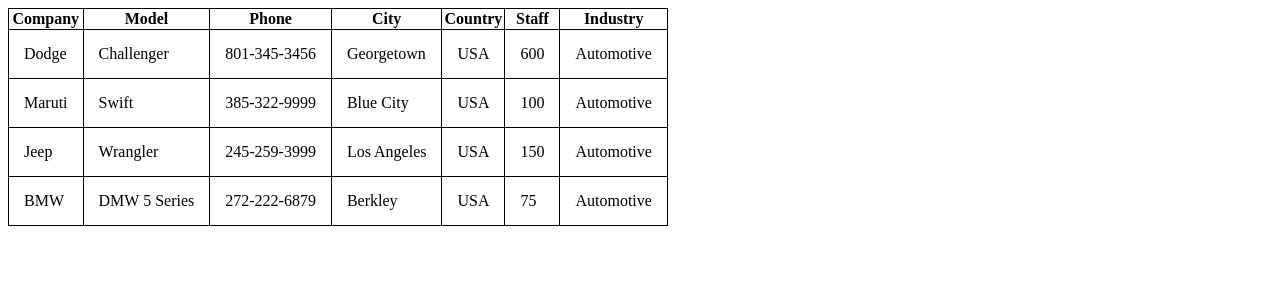
Repository: vgoins-RA2022/HTML-2
Page: index.html
An editor plug-in stored every save of this project. The page is shown before and after a run of saves, followed by the edit.
The browser window is 1280 px wide. The pictures show the whole page.

Above is the page before, as saved 2023-01-21 22:32:57.

### index.html
<!DOCTYPE html>
<html lang="en">

<head>
  <meta charset="UTF-8">
  <meta name="viewport" content="width=device-width, initial-scale=1">
  <link rel="stylesheet" href="../HTML-2/src/css/Style.css" type="text/css">
  <title>HTML Table Assignment 2</title>
</head>

<body>
  <!-- Build Table -->
  <table>
    <thead>
      <tr>
        <!-- Name colomn headings -->
        <th>Company</th>
        <th>Model</th>
        <th>Phone</th>
        <th>City</th>
        <th>Country</th>
        <th>Staff</th>
        <th>Industry</th>
      </tr>
    </thead>
    <tbody>
      <tr>
        <!--Beginning table data  -->
        <td class="table-cell-padding">Dodge</td>
        <td class="table-cell-padding">Challenger</td>
        <td class="table-cell-padding">801-345-3456</td>
        <td class="table-cell-padding">Georgetown</td>
        <td class="table-cell-padding">USA</td>
        <td class="table-cell-padding">600</td>
        <td class="table-cell-padding">Automotive</td>
      </tr>
       <tr>
        <td class="table-cell-padding">Maruti</td>
        <td class="table-cell-padding">Swift</td>
        <td class="table-cell-padding">385-322-9999</td>
        <td class="table-cell-padding">Blue City</td>
        <td class="table-cell-padding">USA</td>
        <td class="table-cell-padding">100</td>
        <td class="table-cell-padding">Automotive</td>

      </tr>
      <tr>
        <td class="table-cell-padding">Jeep</td>
        <td class="table-cell-padding">Wrangler</td>
        <td class="table-cell-padding">245-259-3999</td>
        <td class="table-cell-padding">Los Angeles</td>
        <td class="table-cell-padding">USA</td>
        <td class="table-cell-padding">150</td>
        <td class="table-cell-padding">Automotive</td>
      </tr>
      <tr>
        <td class="table-cell-padding">BMW</td>
        <td class="table-cell-padding">DMW 5 Series</td>
        <td class="table-cell-padding">272-222-6879</td>
        <td class="table-cell-padding">Berkley</td>
        <td class="table-cell-padding">USA</td>
        <td class="table-cell-padding">75</td>
        <td class="table-cell-padding">Automotive</td>
      </tr>
    </tbody>
    <!-- Ending table data -->
  </table>

 </body>

</html>

### src/css/Style.css

table, th, td {
  border: 1px solid black;
  border-collapse: collapse;
}

  .table-cell-padding {
    padding: 15px;
  }

After the next 2 saves:
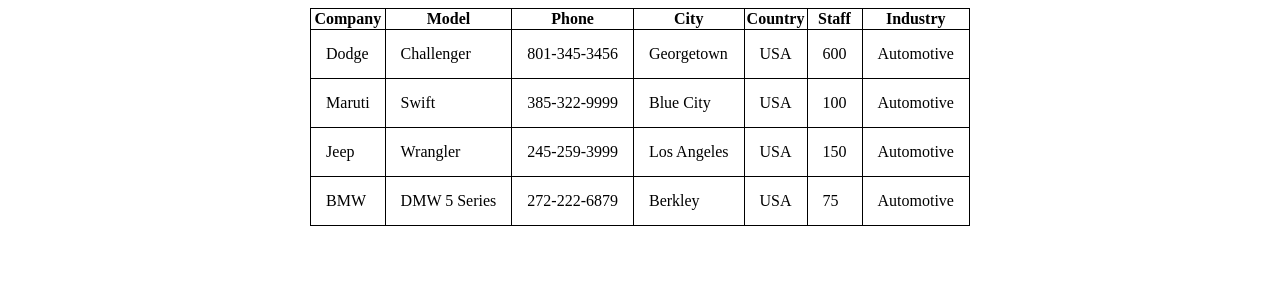
The 2 saves are shown as one change because they came seconds apart.
The last was saved 3 min 2 s later.
--- a/src/css/Style.css
+++ b/src/css/Style.css
@@ -4,6 +4,9 @@
   border-collapse: collapse;
 }
 
+table {
+  margin: 0 auto;
+}
   .table-cell-padding {
     padding: 15px;
   }
